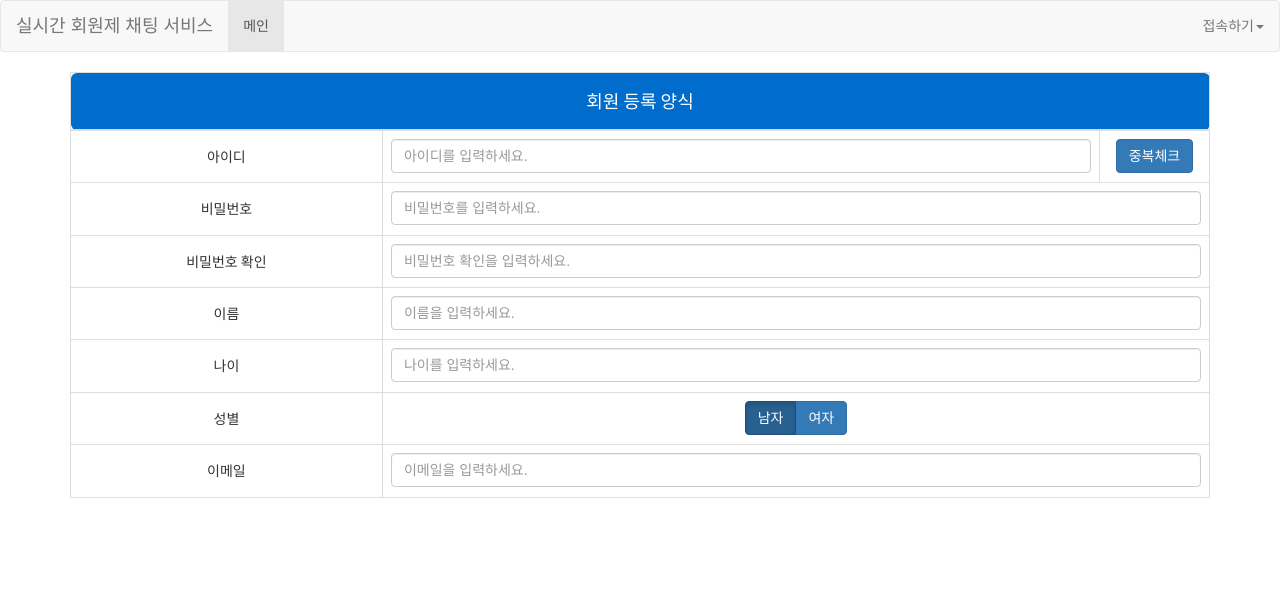
Repository: pojh5090/membership
Page: http://localhost/UserChat/join.jsp
These files come from the project's save history. The page is drawn as it stood at one moment and after the next save; the edit follows.
The browser window is 1280 px wide. The pictures show the whole page.
Some web fonts or font styles are not loaded; a fallback is used. Some web libraries are served in a nearby version. The page is served by Tomcat 9. Other server files are loaded and not shown.

Above is the page before, as saved 2020-03-26 06:32:10.

### UserChat/WebContent/join.jsp
<%@ page language="java" contentType="text/html; charset=UTF-8"
    pageEncoding="UTF-8"%>
<!DOCTYPE html>
<html>
<head>
	<meta http-equiv="Content-Type" content="text/html; charset=UTF-8">
	<meta name="viewport" content="width=device-width, initial-scale=1">
	<link rel="stylesheet" href="css/bootstrap.css">
	<link rel="stylesheet" href="css/custom.css">
	<title>JSP Ajax 실시간 회원제 채팅 서비스</title>
	<script src="http://code.jquery.com/jquery-3.1.1.min.js"></script>
	<script src="js/bootstrap.js"></script>
	<script type="text/javascript">
		function registerCheckFunction() {
			var userID = $('#userID').val();
			$.ajax({
				type: 'POST',
				url: './UserRegisterCheckServlet',
				data: {userID: userID},
				success: function(result) {
					if(result == 1) {
						$('#checkMessage').html('사용할 수 있는 아이디입니다.');
						$('#checkType').attr('class','modal-content panel-success');
					} else {
						$('#checkMessage').html('사용할 수 없는 아이디입니다.');
						$('#checkType').attr('class','modal-content panel-warning');
					}
					$('#checkModal').modal("show");
				}
			});
		}
		function passwordCheckFunction() {
			var userPassword1 = $('#userPassword1').val();
			var userPassword2 = $('#userPassword2').val();
			if(userPassword1 != userPassword2) {
				$('#passwordCheckMessage').html('비밀번호가 서로 일치하지 않습니다.');
			} else {
				$('#passwordCheckMessage').html('');
			}
		}
	</script>
</head>
<body>
	<%
		String userID = null;
		if (session.getAttribute("userID") != null) {
			userID = (String) session.getAttribute("userID");
		}
	%>
	<nav class="navbar navbar-default">
		<div class="navbar-header">
			<button type="collapse" class="navbar-toggle collapsed"
				data-toggle="collapse" data-target="#bs-example-navbar-collapse-1"
				aria-expanded="false">
				<span class="icon-bar"></span>
				<span class="icon-bar"></span>
				<span class="icon-bar"></span>
			</button>
			<a class="navbar-brand" href="index.jsp">실시간 회원제 채팅 서비스</a>
		</div>
		<div class="collapse navbar-collapse" id="#bs-example-navbar-collapse-1">
			<ul class="nav navbar-nav">
				<li class="active"><a href="index.jsp">메인</a>
			</ul>
			<%
				if(userID == null) {
			%>
			<ul class="nav navbar-nav navbar-right">
				<li class="dropdown">
					<a href="#" class="dropdown-toggle"
						data-toggle="dropdown" role="button" aria-haspopup="true"
						aria-expanded="false">접속하기<span class="caret"></span>
					</a>
					<ul class="dropdown-menu">
						<li><a href="login.jsp">로그인</a></li>
						<li><a href="join.jsp">회원가입</a></li>
					</ul>
				</li>
			</ul>
			<%
				} else {
			%>
			<ul class="nav navbar-nav navbar-right">
				<li class="dropdown">
					<a href="#" class="dropdown-toggle"
						data-toggle="dropdown" role="button" aria-haspopup="true"
						aria-expanded="false">회원관리<span class="caret"></span>
					</a>
				</li>
			</ul>
			<%
				}
			%>
			</div>
		</nav>
		<div class="container">
			<form method="post" action="./userRegister"></form>
				<table class="table table-bordered table-hover" style="text-align: center; border: 1px solid #dddddd">
					<thead>
						<tr>
							<th colspan="3"><h4>회원 등록 양식</h4></th>
						</tr>
					</thead>
					<tbody>
						<tr>
							<td sytle="width: 110px;"><h5>아이디</h5>
							<td><input class="form-control" type="text" id="userID" name="userID" maxlength="20" placeholder="아이디를 입력하세요."></td>
							<td style="width: 110px;"><button class="btn btn-primary" onclick="registerCheckFunction();" type="button">중복체크</button>
						</tr>
						<tr>
							<td sytle="width: 110px;"><h5>비밀번호</h5>
							<td colspan="2"><input onkeyup="passwordCheckFunction();" class="form-control" id="userPassword1" type="password" name="userPassword1" maxlength="20" placeholder="비밀번호를 입력하세요."></td>
						</tr>
						<tr>
							<td sytle="width: 110px;"><h5>비밀번호 확인</h5>
							<td colspan="2"><input onkeyup="passwordCheckFunction();" class="form-control" id="userPassword2" type="password" name="userPassword2" maxlength="20" placeholder="비밀번호 확인을 입력하세요."></td>
						</tr>
						<tr>
							<td sytle="width: 110px;"><h5>이름</h5>
							<td colspan="2"><input class="form-control" id="userName" type="text" name="userName" maxlength="20" placeholder="이름을 입력하세요."></td>
						</tr>
						<tr>
							<td sytle="width: 110px;"><h5>나이</h5>
							<td colspan="2"><input class="form-control" id="userAge" type="number" name="userAge" maxlength="20" placeholder="나이를 입력하세요."></td>
						</tr>
						<tr>
							<td sytle="width: 110px;"><h5>성별</h5>
							<td colspan="2">
								<div class="form-group" style="text-align: center; margin: 0 auto;">
									<div class="btn-group" data-toggle="buttons">
										<label class="btn btn-primary active">
											<input type="radio" name="userGender" autocomplete="off" value="남자" checked>남자
										</label>
										<label class="btn btn-primary">
											<input type="radio" name="userGender" autocomplete="off" value="여자">여자
										</label>
									</div>
								</div>
							</td>
						</tr>
						<tr>
							<td sytle="width: 110px;"><h5>이메일</h5>
							<td colspan="2"><input class="form-control" id="userEmail" type="email" name="userEmail" maxlength="20" placeholder="이메일을 입력하세요."></td>
						</tr>
					</tbody>
				</table>
			</form>
		</div>
		<%
			String messageContent = null;
			if(session.getAttribute("messageContent") != null) {
				messageContent = (String) session.getAttribute("messageContent");
			}
			String messageType = null;
			if(session.getAttribute("messageType") != null) {
				messageContent = (String) session.getAttribute("messageType");
			}
			if(messageContent != null) {
		%>
		<div class="modal fade" id="messageModal" tabindex="-1" role="dialog" aria-hidden="true">
			<div class="vertical-alignment-helper">
				<div class="modal-dialog vertical-align-center">
					<div class="modal-content <% if(messageType.equals("오류 메시지")) out.println("panel-warning"); else out.println("panel-success"); %>">
						<div class="modal-header panel-heading">
							<button type="button" class="close" data-dismiss="modal">
								<span aria-hidden="true">&times</span>
								<span class="sr-only">Close</span>
							</button>
							<h4 class-"modal-title">
								<%= messageType %>
							</h4>
						</div>
						<div class="modal-body">
							<%= messageContent %>
						</div>
						<div class="modal-footer">
							<button type="button" class="btn btn-primary" data-dismiss="modal">확인</button>
						</div>
					</div>
				</div>
			</div>
		</div>
		<script>
			$('#messageModal').modal("show");
		</script>
		<%
			session.removeAttribute("messageContent");
			session.removeAttribute("messageType");
			}
		%>
		<div class="modal fade" id="checkModal" tabindex="-1" role="dialog" aria-hidden="true">
			<div class="vertical-alignment-helper">
				<div class="modal-dialog vertical-align-center">
					<div id="checkType" class="modal-content pannel-info">
						<div class="modal-header panel-heading">
							<button type="button" class="close" data-dismiss="modal">
								<span aria-hidden="true">&times</span>
								<span class="sr-only">Close</span>
							</button>
							<h4 class-"modal-title">
								확인 메시지
							</h4>
						</div>
						<div id="checkMessage" class="modal-body">
						</div>
						<div class="modal-footer">
							<button type="button" class="btn btn-primary" data-dismiss="modal">확인</button>
						</div>
					</div>
				</div>
			</div>
		</div>
</body>
</html>

### UserChat/WebContent/css/custom.css
@import url('https://fonts.googleapis.com/css?family=Nanum+Gothic:400,700,800|Noto+Sans+KR:400,500,700,900&display=swap&subset=korean');
* {
	font-family: 'Nanum Gothic', sans-serif;
}
h5 {
	font-family: 'Noto Sans KR', sans-serif;
	fint-size: 15px;
}
h4 {
	font-family: 'Noto Sans KR', sans-serif;
}
h3 {
	font-family: 'Nanum Gothic', sans-serif;
}
h2 {
	font-family: 'Nanum Gothic', sans-serif;
}
h1 {
	font-family: 'Nanum Gothic', sans-serif;
}
/*테이블 관련 디자인 처리 */

thead th {
	background-color: #006DCC;
	color: white;
	text-align: center;
}
tr td:first-child,
tr th:first-child {
	border-top-left-radius: 6px;
	border-bottom-left-radius: 6px;
}
tr td:last-child,
tr th:last-child {
	border-top-right-radius: 6px;
	border-bottom-right-radius: 6px;
}

Loaded but not shown: UserChat/WebContent/css/bootstrap.css (library); UserChat/WebContent/js/bootstrap.js (library)

After the next save:
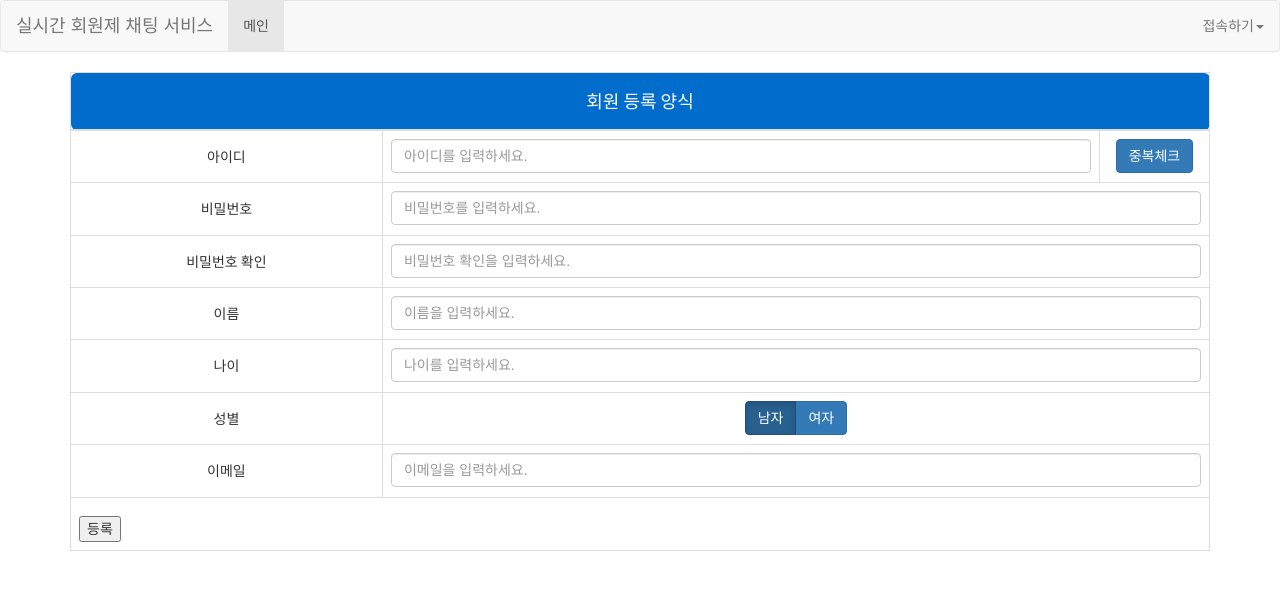
Saved 8 min 57 s later.
--- a/UserChat/WebContent/join.jsp
+++ b/UserChat/WebContent/join.jsp
@@ -142,6 +142,9 @@
 							<td sytle="width: 110px;"><h5>이메일</h5>
 							<td colspan="2"><input class="form-control" id="userEmail" type="email" name="userEmail" maxlength="20" placeholder="이메일을 입력하세요."></td>
 						</tr>
+						<tr>
+							<td style="text-align: left"; colspan="3"><h5 style="color: red;" id="passwordCheckMessage"></h5><input clss="btn btn-primary pull-right" type="submit" value="등록"></td>
+						</tr>
 					</tbody>
 				</table>
 			</form>
